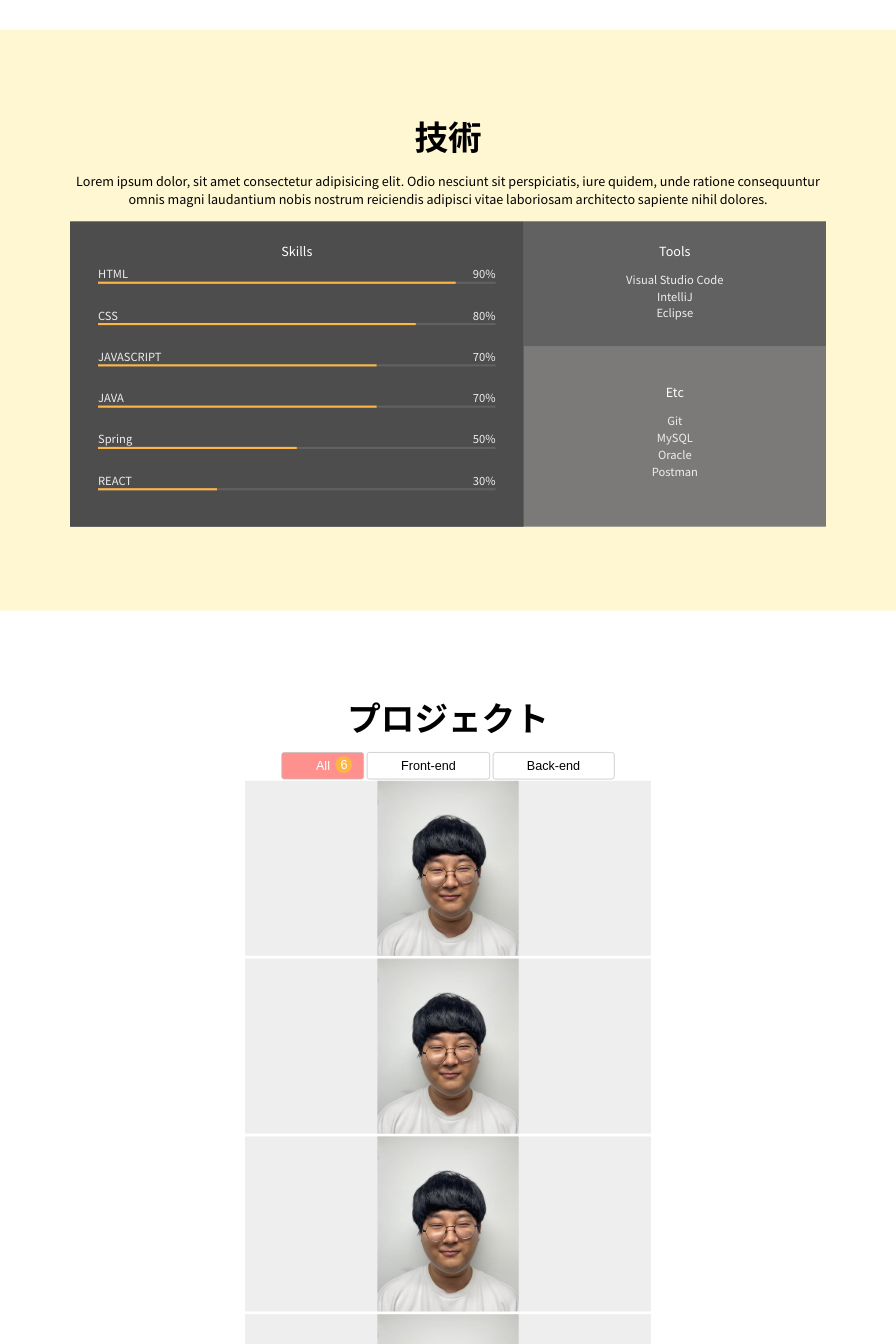
Repository: N1C0N1C0/website_introduction
Page: index.html
These files come from the project's save history. The page is drawn as it stood at one moment and after the next save; the edit follows.
The browser window is 1280 px wide. The pictures show the part of the page from y = 1588 to 3508 px (the page is 4848 px tall before and 4822 px after), at 70% of full size.
Some web libraries are served in a nearby version.

Above is the page before, as saved 2023-08-29 03:34:19.

### index.html
<!DOCTYPE html>
<html lang="en">
  <head>
    <meta charset="UTF-8" />
    <meta name="viewport" content="width=device-width, initial-scale=1.0" />
    <title>自己紹介</title>
    <meta
      name="description"
      content="Portfolio for engineer KimJeongmin"
    />
    <meta name="author" content="Kim" />
    <link rel="icon" type="image/icon" href="imgs/file-pdf-solid.svg" />
    <script src="https://kit.fontawesome.com/04742e9fab.js" crossorigin="anonymous"></script>
    <link href="https://fonts.googleapis.com/css2?family=Noto+Sans+JP:wght@300;400;500&display=swap" rel="stylesheet">

    <link rel="stylesheet" href="style.css" />
    <script src="main.js" defer></script>
  </head>
  <body>
    <!-- Navbar -->
    <nav id="navbar">
      <div class="navbar__logo">
        <i class="fa-regular fa-face-smile"></i>
        <a href="#">キムジョンミン</a>
      </div>
        <ul class="navbar__menu">
          <li class="navbar__menu__item active" data-link="#home">ホーム</li>
          <li class="navbar__menu__item" data-link="#about">紹介</li>
          <li class="navbar__menu__item" data-link="#skills">技術</li>
          <li class="navbar__menu__item" data-link="#work">プロジェクト</li>
          <li class="navbar__menu__item" data-link="#contact">連絡</li>
        </ul>

      <!-- Toggle button -->
      <button class="navbar__toggle-btn">
        <i class="fa-solid fa-bars"></i>
      </button>
    </nav>

    <!-- Home -->
    <section id="home">
      <div class="home__container">
      <img src="imgs/kimu.jpg" alt="Anzang" class="home__avatar" />
      <h1 class="home__title">ようこそ <br />キムジョンミンと申します。</h1>
      <h2 class="home__description">
        今は株式会社SISに内定者です。
      </h2>
      <button class="home__contact">連絡しましょう</button>
    </div>
    </section>
    <!-- About -->
    <section id="about" class="section" class="section__container">
      <h1>自己紹介</h1>
      <p>
        初めまして、2022年9月からITの方を勉強しています。<br>
        研修院ではJAVAのみ習ってからあまりは独学で本とネット講義から見て勉強しています。<br>
        最近はspringとreactというフレームワークに関して学んでいます。
      <div class="about__majors">
        <div class="major">
          <div class="major__icon">
            <i class="fa-brands fa-html5"></i>
          </div>
          <h2 class="major__title">Front-end</h2>
          <div class="major__description">
            HTML, CSS, JavaScript,
            <br />React
          </div>
        </div>
        <div class="major">
          <div class="major__icon">
            <i class="fa-sharp fa-solid fa-backward-fast"></i>
          </div>
          <h2 class="major__title">Back-end</h2>
          <div class="major__description">
            Java, JavaScript
            <br />
            Spring
          </div>
        </div>
      </div>
      <div class="about__jobs">
        <div class="job">
          <img src="imgs/sis_image.png" alt="sis" class="job__logo" style="width: 100px; height: 70px;"/>
          <div class="job_description">
            <p class="job__name">
              現在、株式会社SISの内定者
            </p>
            <p class="job__period">2023 SIS - From now on</p>
          </div>
        </div>
      </div>
    </section>

    <!-- Skills -->
    <section id="skills" class="section">
      <div class="section__container">
      <h1>技術</h1>
      <p>
        Lorem ipsum dolor, sit amet consectetur adipisicing elit. Odio nesciunt
        sit perspiciatis, iure quidem, unde ratione consequuntur omnis magni
        laudantium nobis nostrum reiciendis adipisci vitae laboriosam architecto
        sapiente nihil dolores.
      </p>
      <div class="skillset">
        <div class="skillset__left">
          <h3 class="skillset__title">Skills</h3>
          <div class="skill">
            <div class="skill__description">
              <span>HTML</span>
              <span>90%</span>
            </div>
            <div class="skill__bar">
              <div class="skill__value" style="width: 90%;"></div>
            </div>
          </div>
          <div class="skill">
            <div class="skill__description">
              <span>CSS</span>
              <span>80%</span>
            </div>
            <div class="skill__bar">
              <div class="skill__value" style="width: 80%;"></div>
            </div>
          </div>
          <div class="skill">
            <div class="skill__description">
              <span>JAVASCRIPT</span>
              <span>70%</span>
            </div>
            <div class="skill__bar">
              <div class="skill__value" style="width: 70%;"></div>
            </div>
          </div>
          <div class="skill">
            <div class="skill__description">
              <span>JAVA</span>
              <span>70%</span>
            </div>
            <div class="skill__bar">
              <div class="skill__value" style="width: 70%;"></div>
            </div>
          </div>
          <div class="skill">
            <div class="skill__description">
              <span>Spring</span>
              <span>50%</span>
            </div>
            <div class="skill__bar">
              <div class="skill__value" style="width: 50%;"></div>
            </div>
          </div>
          <div class="skill">
            <div class="skill__description">
              <span>REACT</span>
              <span>30%</span>
            </div>
            <div class="skill__bar">
              <div class="skill__value" style="width: 30%;"></div>
            </div>
          </div>
        </div>
        <div class="skillset__right">
          <div class="tools">
            <h3 class="skillset__title">Tools</h3>
            <ul class="tools__list">
              <li><span>Visual Studio Code</span></li>
              <li><span>IntelliJ</span></li>
              <li><span>Eclipse</span></li>
            </ul>
          </div>
          <br>
          <div class="etc">
            <h3 class="skillset__title">Etc</h3>
            <ul class="ect__list">
              <li><span>Git</span></li>
              <li><span>MySQL</span></li>
              <li><span>Oracle</span></li>
              <li><span>Postman</span></li>
            </ul>
          </div>
        </div>
      </div>
    </div>
    </section>
    <!-- Work -->
    <section id="work" class="section">
      <div class="section__container">
      <h1>プロジェクト</h1>
      <div class="work__categories">
        <button class="category__btn selected" data-filter="*">
          All<span class="category__count">6</span>
        </button>
        <button class="category__btn" data-filter="front-end">
          Front-end<span class="category__count">2</span>
        </button>
        <button class="category__btn" data-filter="back-end">
          Back-end<span class="category__count">4</span>
        </button>
      </div>

      <div class="work__projects">
        <a
          href="https://www.youtube.com/@dream-coding"
          class="project"
          target="_blank"
          data-type="front-end"
        >
          <img
            src="imgs/projects/안종민.png"
            alt="Anzang"
            class="project__img"
          />
          <div class="project__description">
            <h3>Youtube Site</h3>
            <span>Clone coding with HTML and CSS</span>
          </div>
        </a>
        <a
          href="https://www.youtube.com/@dream-coding"
          class="project"
          target="_blank"
          data-type="front-end"
        >
          <img
            src="imgs/projects/안종민.png"
            alt="Anzang"
            class="project__img"
          />
          <div class="project__description">
            <h3>Youtube Site</h3>
            <span>Clone coding with HTML and CSS</span>
          </div>
        </a>
        <a
          href="https://www.youtube.com/@dream-coding"
          class="project"
          target="_blank"
          data-type="back-end"
        >
          <img
            src="imgs/projects/안종민.png"
            alt="Anzang"
            class="project__img"
          />
          <div class="project__description">
            <h3>Youtube Site</h3>
            <span>Clone coding with HTML and CSS</span>
          </div>
        </a>
        <a
          href="https://www.youtube.com/@dream-coding"
          class="project"
          target="_blank"
          data-type="back-end"
        >
          <img
            src="imgs/projects/안종민.png"
            alt="Anzang"
            class="project__img"
          />
          <div class="project__description">
            <h3>Youtube Site</h3>
            <span>Clone coding with HTML and CSS</span>
          </div>
        </a>
        <a
          href="https://www.youtube.com/@dream-coding"
          class="project"
          target="_blank"
          data-type="back-end"
        >
          <img
            src="imgs/projects/안종민.png"
            alt="Anzang"
            class="project__img"
          />
          <div class="project__description">
            <h3>Youtube Site</h3>
            <span>Clone coding with HTML and CSS</span>
          </div>
        </a>
        <a
          href="https://www.youtube.com/@dream-coding"
          class="project"
          target="_blank"
          data-type="back-end"
        >
          <img
            src="imgs/projects/안종민.png"
            alt="Anzang"
            class="project__img"
          />
          <div class="project__description">
            <h3>Youtube Site</h3>
            <span>Clone coding with HTML and CSS</span>
          </div>
        </a>
      </div>
      </div>
    </section>
    <!-- Contact -->
    <section id="contact" class="section">
      <h1 class="contact__title">話しましょう！</h1>
      <h2 class="contact__email">dothd8775@gmail.com</h2>
      <div class="contact__links">
        <a href="https://github.com/N1C0N1C0" target="_blank">
          <i class="fa-brands fa-github"></i>
        </a>
        <a href="https://github.com/N1C0N1C0" target="_blank">
          <i class="fa-brands fa-square-git"></i>
        </a>
      </div>
      <p class="contact__rights">
        2023 個人プロジェクト - All rights reserved
      </p>
    </section>

    <!-- Arrow up -->
    <button class="arrow__up">
      <i class="fa-solid fa-arrow-up"></i>
    </button>
  </body>
</html>

Loaded but not shown: main.js (153 lines, source omitted); style.css (570 lines, source omitted)

After the next save:
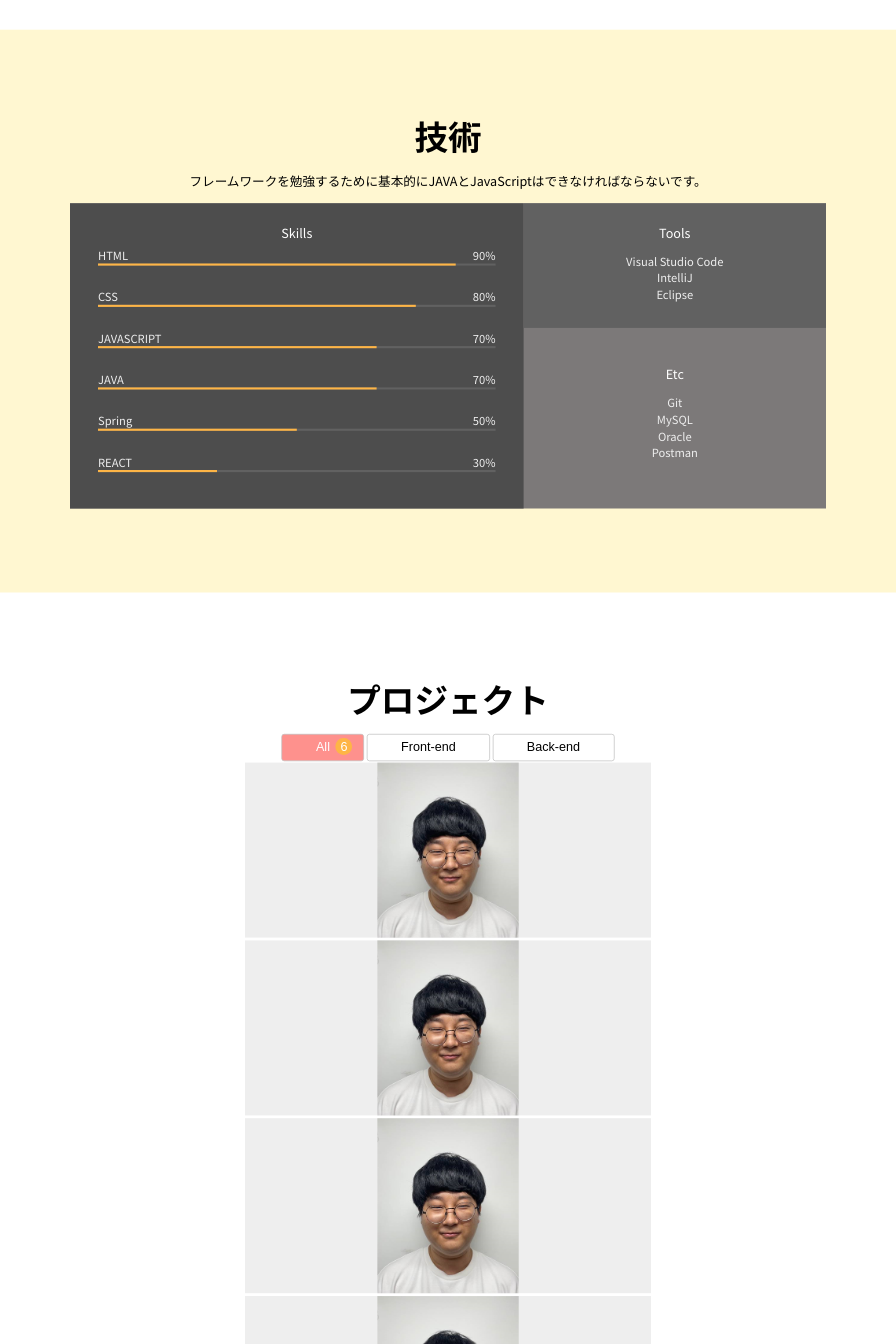
Saved 100 s later.
--- a/index.html
+++ b/index.html
@@ -96,10 +96,7 @@
       <div class="section__container">
       <h1>技術</h1>
       <p>
-        Lorem ipsum dolor, sit amet consectetur adipisicing elit. Odio nesciunt
-        sit perspiciatis, iure quidem, unde ratione consequuntur omnis magni
-        laudantium nobis nostrum reiciendis adipisci vitae laboriosam architecto
-        sapiente nihil dolores.
+        フレームワークを勉強するために基本的にJAVAとJavaScriptはできなければならないです。
       </p>
       <div class="skillset">
         <div class="skillset__left">

After the save that followed:
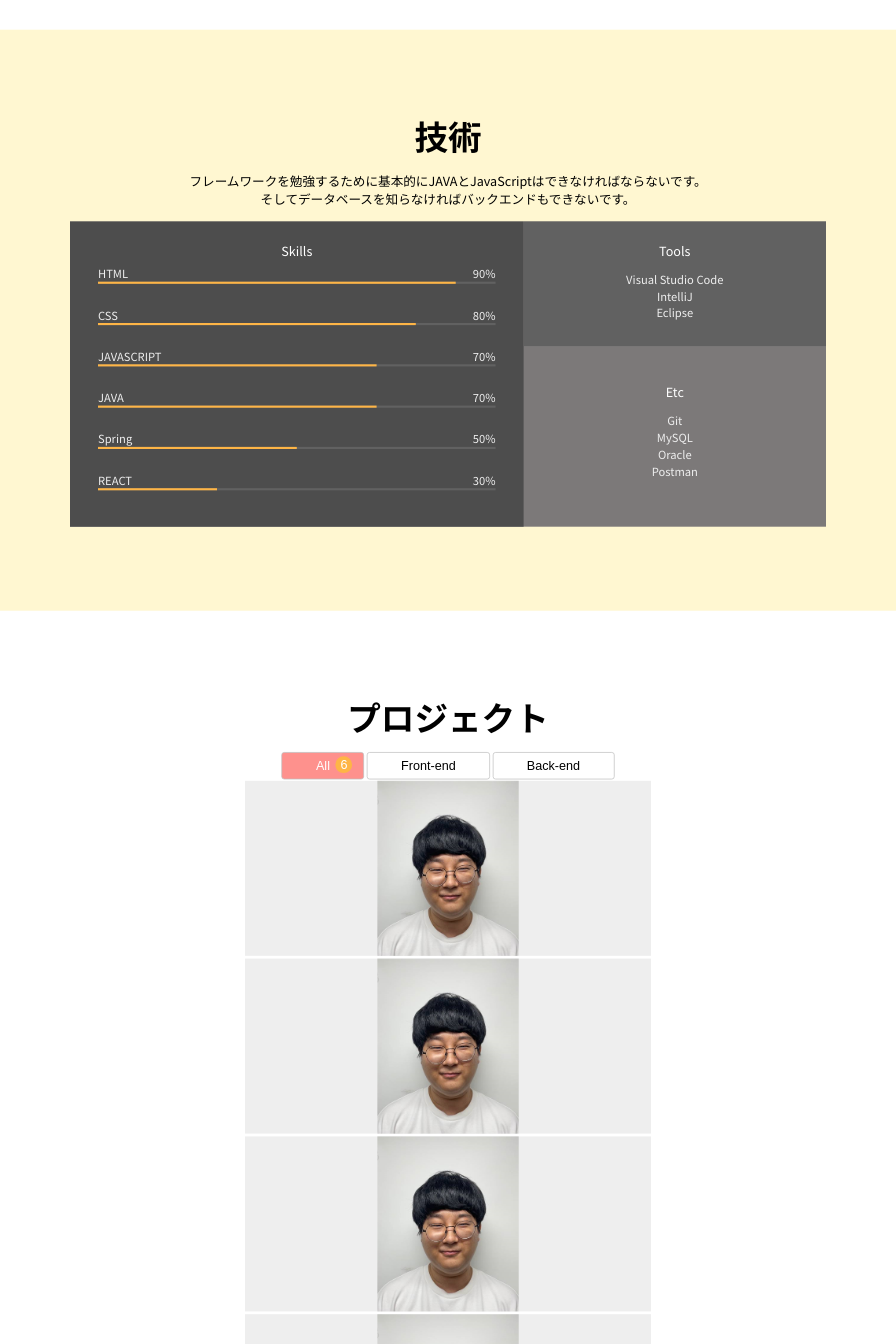
Saved 2 min 4 s later.
--- a/index.html
+++ b/index.html
@@ -96,7 +96,8 @@
       <div class="section__container">
       <h1>技術</h1>
       <p>
-        フレームワークを勉強するために基本的にJAVAとJavaScriptはできなければならないです。
+        フレームワークを勉強するために基本的にJAVAとJavaScriptはできなければならないです。<br>
+        そしてデータベースを知らなければバックエンドもできないです。
       </p>
       <div class="skillset">
         <div class="skillset__left">
